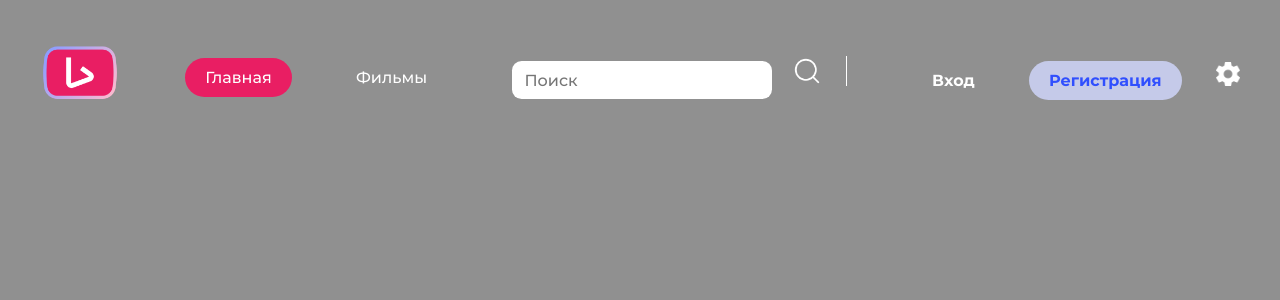
Repository: shilovnikita777/Web1Lab
Page: index.html
The author's editor kept a copy of each file at every save. The page is drawn from the files as they stood at one save, then again after a run of saves.
The browser window is 1280 px wide. The pictures show the whole page.

Above is the page before, as saved 2022-10-08 11:09:15.

After the next 2 saves:
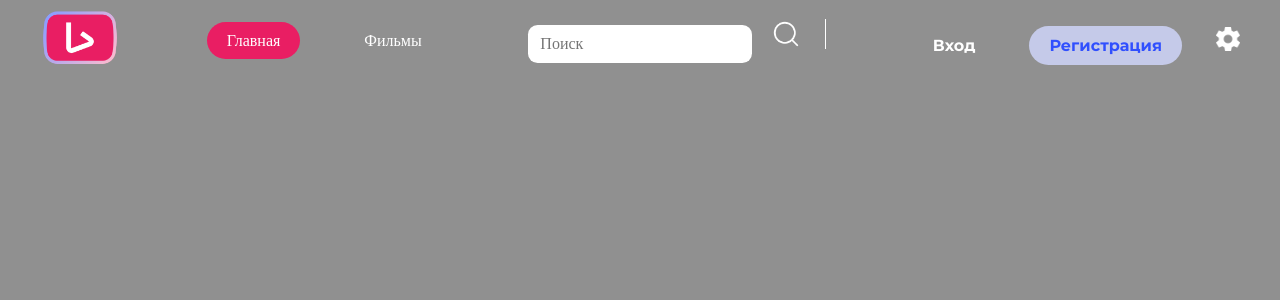
The 2 saves are shown as one change because they came seconds apart.
The last was saved 13 s later.
--- a/index.html
+++ b/index.html
@@ -5,6 +5,7 @@
     <title>TVideo</title>
     <link rel="stylesheet" href="css/header.css">
     <link rel="stylesheet" href="css/fonts.css">
+    <link rel="stylesheet" href="css/reset.css">
 </head>
 <body>
     <header>
